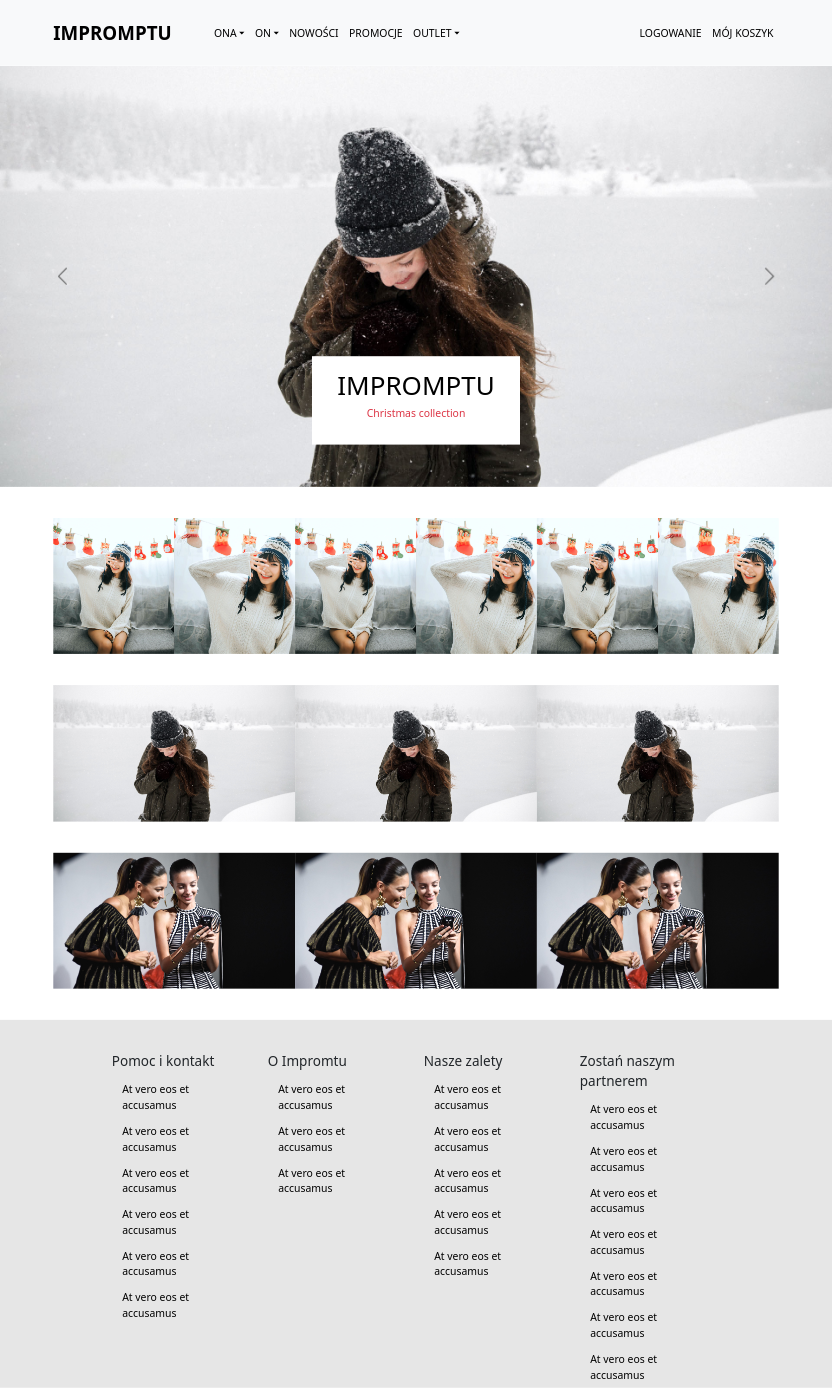
Repository: michalgornicki/Impromptu
Page: /
These files come from the project's save history. The page is drawn as it stood at one moment and after the next save; the edit follows.
The browser window is 1280 px wide. The pictures show the whole page, at 65% of full size.
The project was rebuilt for these pictures with package versions that can differ from the ones it lists, and the page was loaded fresh each time.

Above is the page before, as saved 2021-12-23 14:43:32.

### src/App.jsx
import React from "react";
import "./App.css";
import "bootstrap/dist/css/bootstrap.min.css";
import Container from "react-bootstrap/Container";
import Navbar from "react-bootstrap/Navbar";
import Nav from "react-bootstrap/Nav";
import NavDropdown from "react-bootstrap/NavDropdown";
import Carousel from "react-bootstrap/Carousel";
import Row from "react-bootstrap/Row";
import Col from "react-bootstrap/Col";
import photo1 from "./1.jpg";
import photo2 from "./2.jpg";
import photo3 from "./3.jpg";
import photo4 from "./4.jpg";
import photo5 from "./5.jpg";

function App() {
  return (
    <p>
      <Navbar
        collapseOnSelect
        expand="lg"
        bg="light"
        variant="light"
        className="py-4 display-8 text-dark"
      >
        <Container>
          <Navbar.Brand href="#home" className="w-20 text-bold">IMPROMPTU</Navbar.Brand>
          <Navbar.Toggle aria-controls="responsive-navbar-nav" />
          <Navbar.Collapse id="responsive-navbar-nav">
            <Nav className="me-auto">
              <NavDropdown title="ONA" id="collasible-nav-dropdown">
                <NavDropdown.Item href="#action/3.1">Item</NavDropdown.Item>
                <NavDropdown.Item href="#action/3.2">
                Item
                </NavDropdown.Item>
                <NavDropdown.Item href="#action/3.3">
                Item
                </NavDropdown.Item>
                <NavDropdown.Item href="#action/3.4">
                Item
                </NavDropdown.Item>
                <NavDropdown.Item href="#action/3.4">
                Item
                </NavDropdown.Item>
                <NavDropdown.Item href="#action/3.4">
                Item
                </NavDropdown.Item>
                <NavDropdown.Item href="#action/3.4">
                Item
                </NavDropdown.Item>
                <NavDropdown.Item href="#action/3.4">
                Item
                </NavDropdown.Item>
                <NavDropdown.Item href="#action/3.4">
                Item
                </NavDropdown.Item>
                <NavDropdown.Item href="#action/3.4">
                Item
                </NavDropdown.Item>

              </NavDropdown>
              <NavDropdown title="ON" id="collasible-nav-dropdown">
                <NavDropdown.Item href="#action/3.1">Item</NavDropdown.Item>
                <NavDropdown.Item href="#action/3.2">
                Item
                </NavDropdown.Item>
                <NavDropdown.Item href="#action/3.3">
                Item
                </NavDropdown.Item>
                <NavDropdown.Item href="#action/3.4">
                Item
                </NavDropdown.Item>
                <NavDropdown.Item href="#action/3.4">
                Item
                </NavDropdown.Item>
                <NavDropdown.Item href="#action/3.4">
                Item
                </NavDropdown.Item>
                <NavDropdown.Item href="#action/3.4">
                Item
                </NavDropdown.Item>
              </NavDropdown>
              <Nav.Link href="#pricing">NOWOŚCI</Nav.Link>
              <Nav.Link href="#pricing">PROMOCJE</Nav.Link>
              <NavDropdown title="OUTLET" id="collasible-nav-dropdown">
                <div className="flex flex-column">
                  <div className="container">
                <NavDropdown.Item href="#action/3.1">Item</NavDropdown.Item>
                <NavDropdown.Item href="#action/3.2">
                Item
                </NavDropdown.Item>
                <NavDropdown.Item href="#action/3.3">
                Item
                </NavDropdown.Item>
                <NavDropdown.Item href="#action/3.4">
                Item
                </NavDropdown.Item>
                <NavDropdown.Item href="#action/3.4">
                Item
                </NavDropdown.Item>
                <NavDropdown.Item href="#action/3.4">
                Item
                </NavDropdown.Item>
                <NavDropdown.Item href="#action/3.4">
                Item
                </NavDropdown.Item>
                <NavDropdown.Item href="#action/3.4">
                Item
                </NavDropdown.Item>
                </div>
                <div className="container">
                <NavDropdown.Item href="#action/3.1">Item</NavDropdown.Item>
                <NavDropdown.Item href="#action/3.2">
                Item
                </NavDropdown.Item>
                <NavDropdown.Item href="#action/3.3">
                Item
                </NavDropdown.Item>
                <NavDropdown.Divider />
                <NavDropdown.Item href="#action/3.4">
                Item
                </NavDropdown.Item>
                </div>
                </div>
              </NavDropdown>
            </Nav>
            <Nav>
              <Nav.Link href="#deets">LOGOWANIE</Nav.Link>
              <Nav.Link href="#memes">MÓJ KOSZYK</Nav.Link>
            </Nav>
          </Navbar.Collapse>
        </Container>
      </Navbar>

      <Carousel variant="dark" indicators={false} pause="false">
  <Carousel.Item>
    <img
      className="d-block w-100"
      src={photo1}
      alt="First slide"
    />
    <Carousel.Caption>
      <h5 className="display-6">IMPROMPTU</h5>
      <p className="text-danger">Christmas collection</p>
    </Carousel.Caption>
  </Carousel.Item>
  <Carousel.Item>
    <img
      className="d-block w-100"
      src={photo2}
      alt="Second slide"
    />
    <Carousel.Caption>
    <h5 className="display-6">IMPROMPTU</h5>
      <p className="text-danger">Christmas collection</p>
    </Carousel.Caption>
  </Carousel.Item>
  <Carousel.Item>
    <img
      className="d-block w-100"
      src={photo3}
      alt="Third slide"
    />
    <Carousel.Caption>
    <h5 className="display-6">IMPROMPTU</h5>
      <p className="text-danger">Christmas collection</p>
    </Carousel.Caption>
  </Carousel.Item>
  <Carousel.Item>
    <img
      className="d-block w-100"
      src={photo4}
      alt="Third slide"
    />
    <Carousel.Caption>
    <h5 className="display-6">IMPROMPTU</h5>
      <p className="text-danger">Christmas collection</p>
    </Carousel.Caption>
  </Carousel.Item>
  <Carousel.Item>
    <img
      className="d-block w-100"
      src={photo5}
      alt="Third slide"
    />
    <Carousel.Caption>
    <h5 className="display-6">IMPROMPTU</h5>
      <p className="text-danger">Christmas collection</p>
    </Carousel.Caption>
  </Carousel.Item>
</Carousel>

<Container className="mt-5">
<div className="mb-5">
  <img className="grid-item col-lg-4 col-md-3 col-xs-3" src={photo1} alt="" />
  <img className="grid-item col-lg-4 col-md-3 col-xs-3" src={photo1} alt="" />
  <img className="grid-item col-lg-4 col-md-3 col-xs-3" src={photo1} alt="" />
</div>
<div className="mb-5">
<img className="grid-item col-lg-4 col-md-3 col-xs-3" src={photo2} alt="" />
  <img className="grid-item col-lg-4 col-md-3 col-xs-3" src={photo2} alt="" />
  <img className="grid-item col-lg-4 col-md-3 col-xs-3" src={photo2} alt="" />
</div>
<div className="mb-5">
<img className="grid-item col-lg-4 col-md-3 col-xs-3" src={photo3} alt="" />
  <img className="grid-item col-lg-4 col-md-3 col-xs-3" src={photo3} alt="" />
  <img className="grid-item col-lg-4 col-md-3 col-xs-3" src={photo3} alt="" />
</div>
</Container>

<Nav
  activeKey="/home"
  className="mt-5 pt-5 bg-lightgray"
>
  <Row className="w-75 m-auto">
  <Col>
  <div className="display-7 mb-2">
    Pomoc i kontakt
  </div>
  <Nav.Item>
    <Nav.Link className="text-slim" eventKey="link-1">At vero eos et accusamus</Nav.Link>
  </Nav.Item>
  <Nav.Item>
    <Nav.Link className="text-slim" eventKey="link-2">At vero eos et accusamus</Nav.Link>
  </Nav.Item>
  <Nav.Item>
    <Nav.Link className="text-slim" eventKey="link-2">At vero eos et accusamus</Nav.Link>
  </Nav.Item>
  <Nav.Item>
    <Nav.Link className="text-slim" eventKey="link-2">At vero eos et accusamus</Nav.Link>
  </Nav.Item>
  <Nav.Item>
    <Nav.Link className="text-slim" eventKey="link-2">At vero eos et accusamus</Nav.Link>
  </Nav.Item>
  <Nav.Item>
    <Nav.Link className="text-slim" eventKey="link-2">At vero eos et accusamus</Nav.Link>
  </Nav.Item>
  </Col>
  <Col>
  <div className="display-7 mb-2">
    O Impromtu
  </div>
  <Nav.Item>
    <Nav.Link className="text-slim" eventKey="link-1">At vero eos et accusamus</Nav.Link>
  </Nav.Item>
  <Nav.Item>
    <Nav.Link className="text-slim" eventKey="link-2">At vero eos et accusamus</Nav.Link>
  </Nav.Item>
  <Nav.Item>
  <Nav.Item>
    <Nav.Link className="text-slim" eventKey="link-2">At vero eos et accusamus</Nav.Link>
  </Nav.Item>
  </Nav.Item>
  </Col>
  <Col>
  <div className="display-7 mb-2">
    Nasze zalety
  </div>
  <Nav.Item>
    <Nav.Link className="text-slim" eventKey="link-1">At vero eos et accusamus</Nav.Link>
  </Nav.Item>
  <Nav.Item>
    <Nav.Link className="text-slim" eventKey="link-2">At vero eos et accusamus</Nav.Link>
  </Nav.Item>
  <Nav.Item>
  <Nav.Item>
    <Nav.Link className="text-slim" eventKey="link-2">At vero eos et accusamus</Nav.Link>
  </Nav.Item>
  <Nav.Item>
    <Nav.Link className="text-slim" eventKey="link-2">At vero eos et accusamus</Nav.Link>
  </Nav.Item>
  <Nav.Item>
    <Nav.Link className="text-slim" eventKey="link-2">At vero eos et accusamus</Nav.Link>
  </Nav.Item>
  </Nav.Item>
  </Col>
  <Col>
  <div className="display-7 mb-2">
    Zostań naszym partnerem
  </div>
  <Nav.Item>
    <Nav.Link className="text-slim" eventKey="link-1">At vero eos et accusamus</Nav.Link>
  </Nav.Item>
  <Nav.Item>
    <Nav.Link className="text-slim" eventKey="link-2">At vero eos et accusamus</Nav.Link>
  </Nav.Item>
  <Nav.Item>
  <Nav.Item>
    <Nav.Link className="text-slim" eventKey="link-2">At vero eos et accusamus</Nav.Link>
  </Nav.Item>
  <Nav.Item>
    <Nav.Link className="text-slim" eventKey="link-2">At vero eos et accusamus</Nav.Link>
  </Nav.Item>
  <Nav.Item>
    <Nav.Link className="text-slim" eventKey="link-2">At vero eos et accusamus</Nav.Link>
  </Nav.Item>
  <Nav.Item>
    <Nav.Link className="text-slim" eventKey="link-2">At vero eos et accusamus</Nav.Link>
  </Nav.Item>
  <Nav.Item>
    <Nav.Link className="text-slim" eventKey="link-2">At vero eos et accusamus</Nav.Link>
  </Nav.Item>
  </Nav.Item>
  </Col>
  </Row>
</Nav>


    </p>
  );
}

export default App;

### src/App.css
.w-20{
    width: 20%!important;
}

.w-33{
    width: 33.333%!important;
}

.text-bold{
    font-weight: 900!important;
}

.text-slim{
    font-weight: 100!important;
}

.navbar-brand{
    font-size: 1.8rem!important;
}

.display-7{
    font-size: 1.3rem;
}

.display-8{
    font-size: 1rem;
}

.nav-link {
    color: black!important;
}

.carousel img {
    height: 90vh;
    object-fit: cover;
}

.carousel-caption{
    background-color: rgba(255, 255, 255, 1);
    bottom: 10%!important;
    width: 25%;
    margin: auto;
}

.bg-lightgray{
    background-color: rgb(230, 230, 230);
}

.grid-item{
    width: 33.333%;
   }

.grid-item:hover{
 transform: scale(1.1);
}

Loaded but not shown: public/index.html (common file); src/index.js (common file); src/index.css (common file); src/reportWebVitals.js (common file)

After the next save:
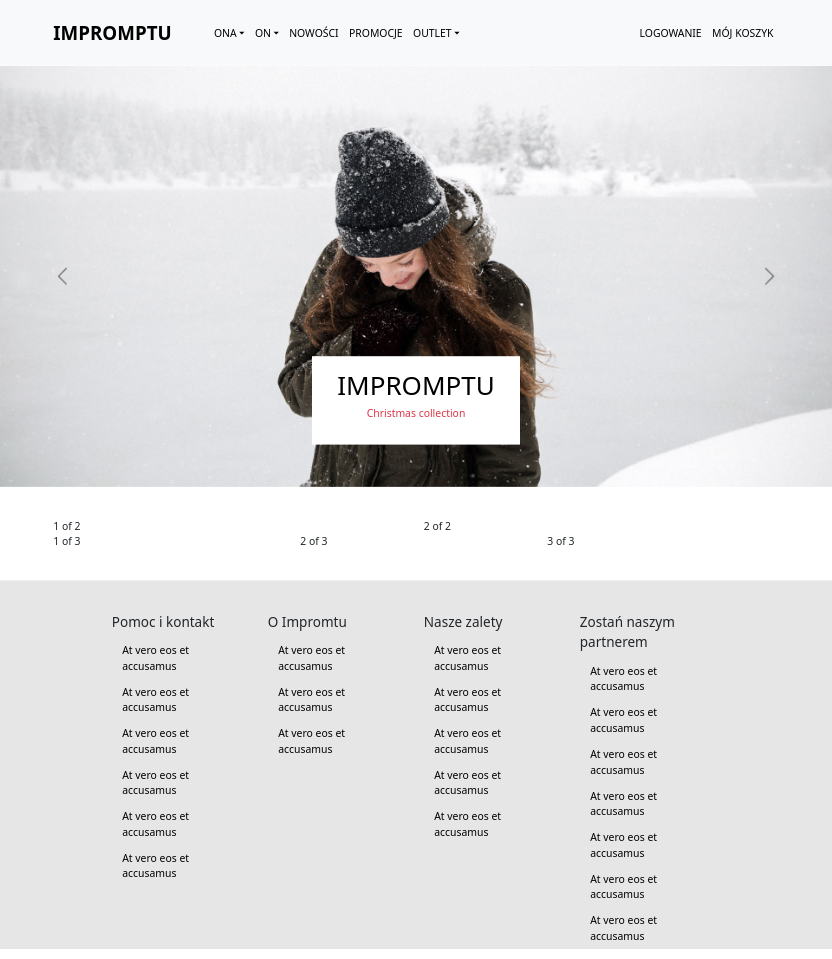
Saved 96 s later.
--- a/src/App.jsx
+++ b/src/App.jsx
@@ -192,21 +192,15 @@ function App() {
 </Carousel>
 
 <Container className="mt-5">
-<div className="mb-5">
-  <img className="grid-item col-lg-4 col-md-3 col-xs-3" src={photo1} alt="" />
-  <img className="grid-item col-lg-4 col-md-3 col-xs-3" src={photo1} alt="" />
-  <img className="grid-item col-lg-4 col-md-3 col-xs-3" src={photo1} alt="" />
-</div>
-<div className="mb-5">
-<img className="grid-item col-lg-4 col-md-3 col-xs-3" src={photo2} alt="" />
-  <img className="grid-item col-lg-4 col-md-3 col-xs-3" src={photo2} alt="" />
-  <img className="grid-item col-lg-4 col-md-3 col-xs-3" src={photo2} alt="" />
-</div>
-<div className="mb-5">
-<img className="grid-item col-lg-4 col-md-3 col-xs-3" src={photo3} alt="" />
-  <img className="grid-item col-lg-4 col-md-3 col-xs-3" src={photo3} alt="" />
-  <img className="grid-item col-lg-4 col-md-3 col-xs-3" src={photo3} alt="" />
-</div>
+<Row>
+    <Col>1 of 2</Col>
+    <Col>2 of 2</Col>
+  </Row>
+  <Row>
+    <Col>1 of 3</Col>
+    <Col>2 of 3</Col>
+    <Col>3 of 3</Col>
+  </Row>
 </Container>
 
 <Nav
